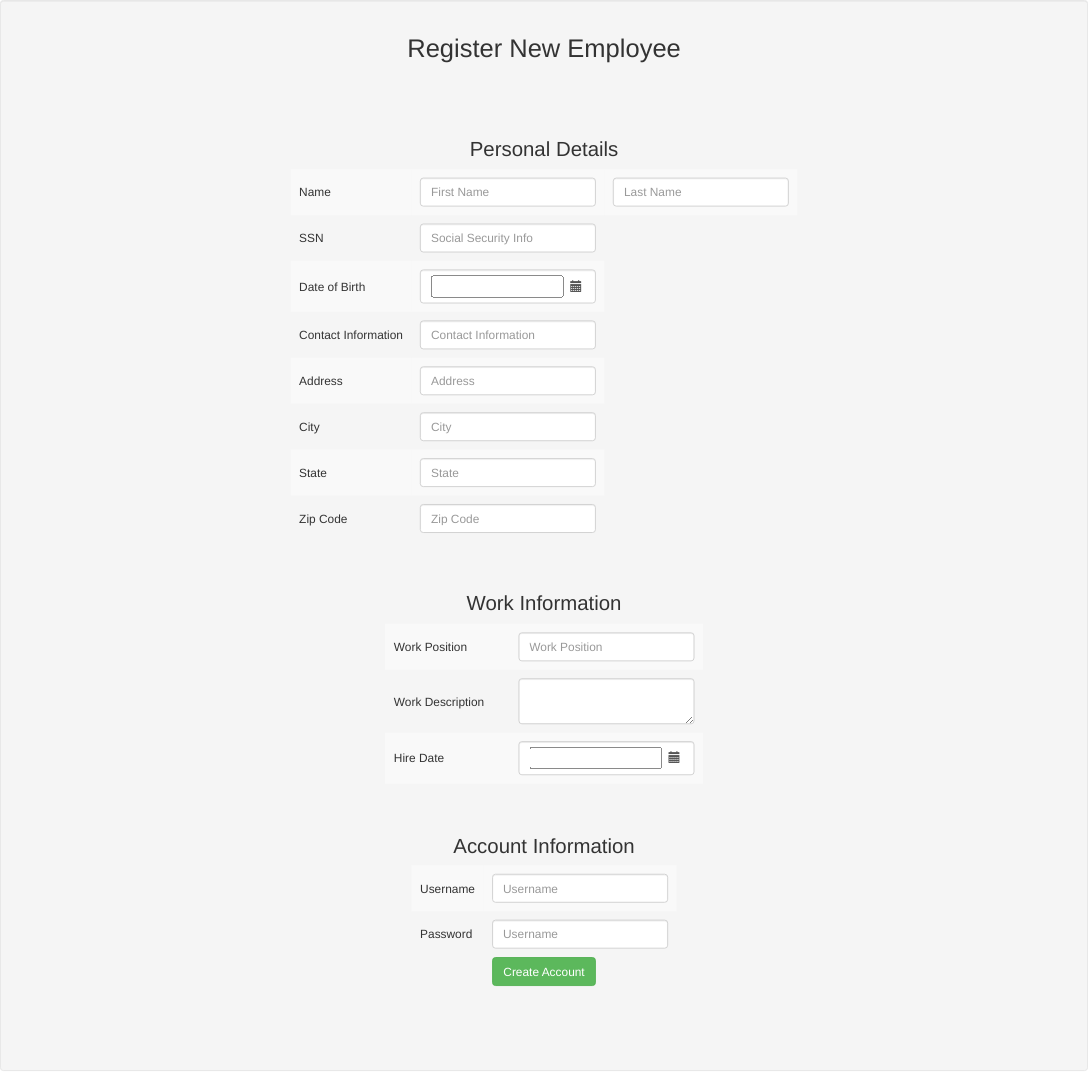
Repository: harshadrane89/CMPE273-WebService-AirlineManagement
Page: http://localhost/AirlineManagementSystemClient/TwitterGUI/NewEmployee.jsp
The author's editor kept a copy of each file at every save. The page is drawn from the files as they stood at one save, then again after the next save.
The browser window is 1280 px wide. The pictures show the whole page, at 85% of full size.
The page is served by Tomcat 9.

Above is the page before, as saved 2013-12-09 05:16:00.

After the next save:
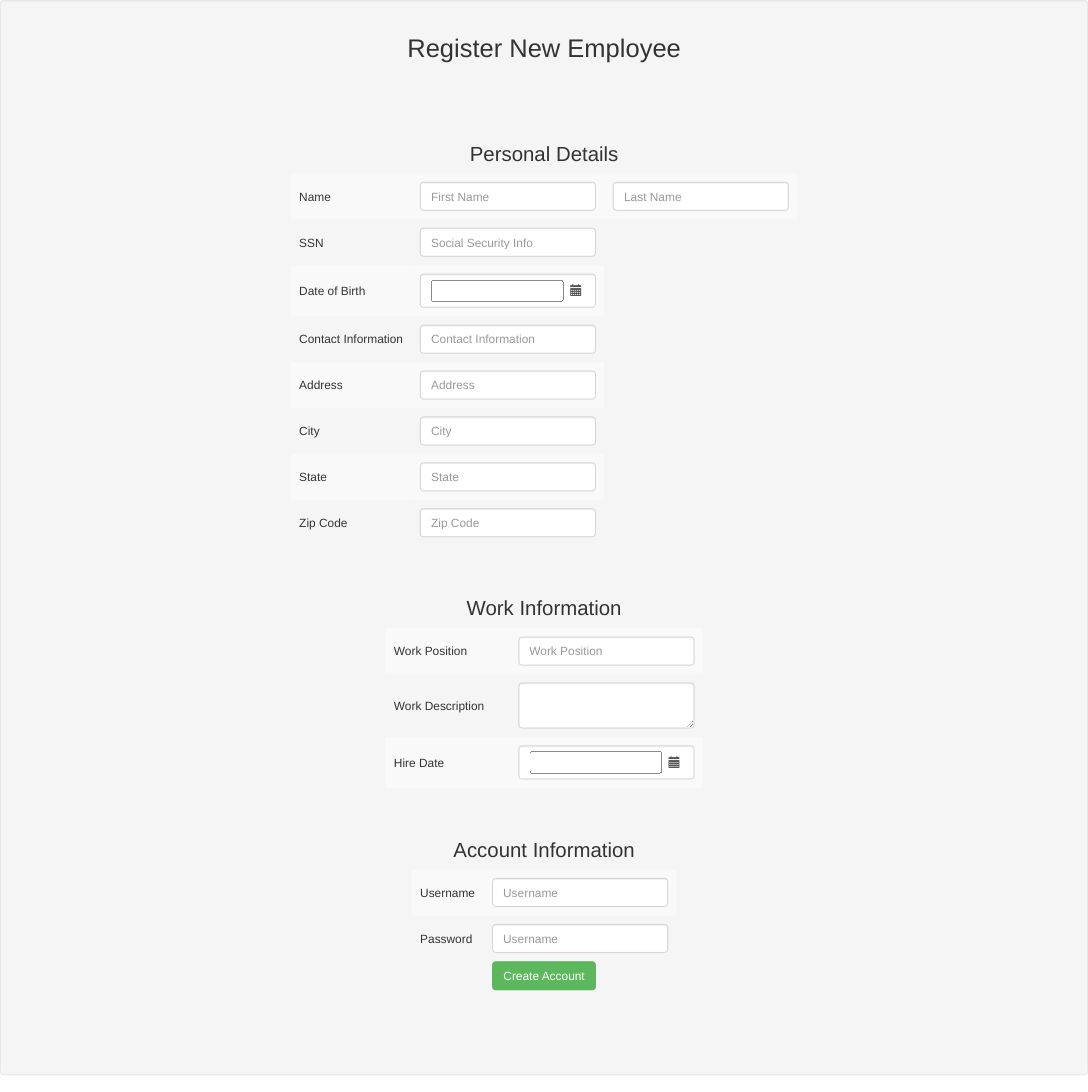
Saved 10 s later.
--- a/273_Project_Tomcat/AirlineManagementSystemClient/WebContent/TwitterGUI/NewEmployee.jsp
+++ b/273_Project_Tomcat/AirlineManagementSystemClient/WebContent/TwitterGUI/NewEmployee.jsp
@@ -23,6 +23,14 @@
 		emp=(AirlineEmployee)session.getAttribute("empObj");
 	}
 		%>
+
+		<%
+		String errorMessage = "";
+		if(session.getAttribute("message")!=null){
+		errorMessage = (String) session.getAttribute("message");
+		}
+	%>
+	<label id="errorMessage"><%=errorMessage%></label>
 
 			<h3>Personal Details</h3>
 
